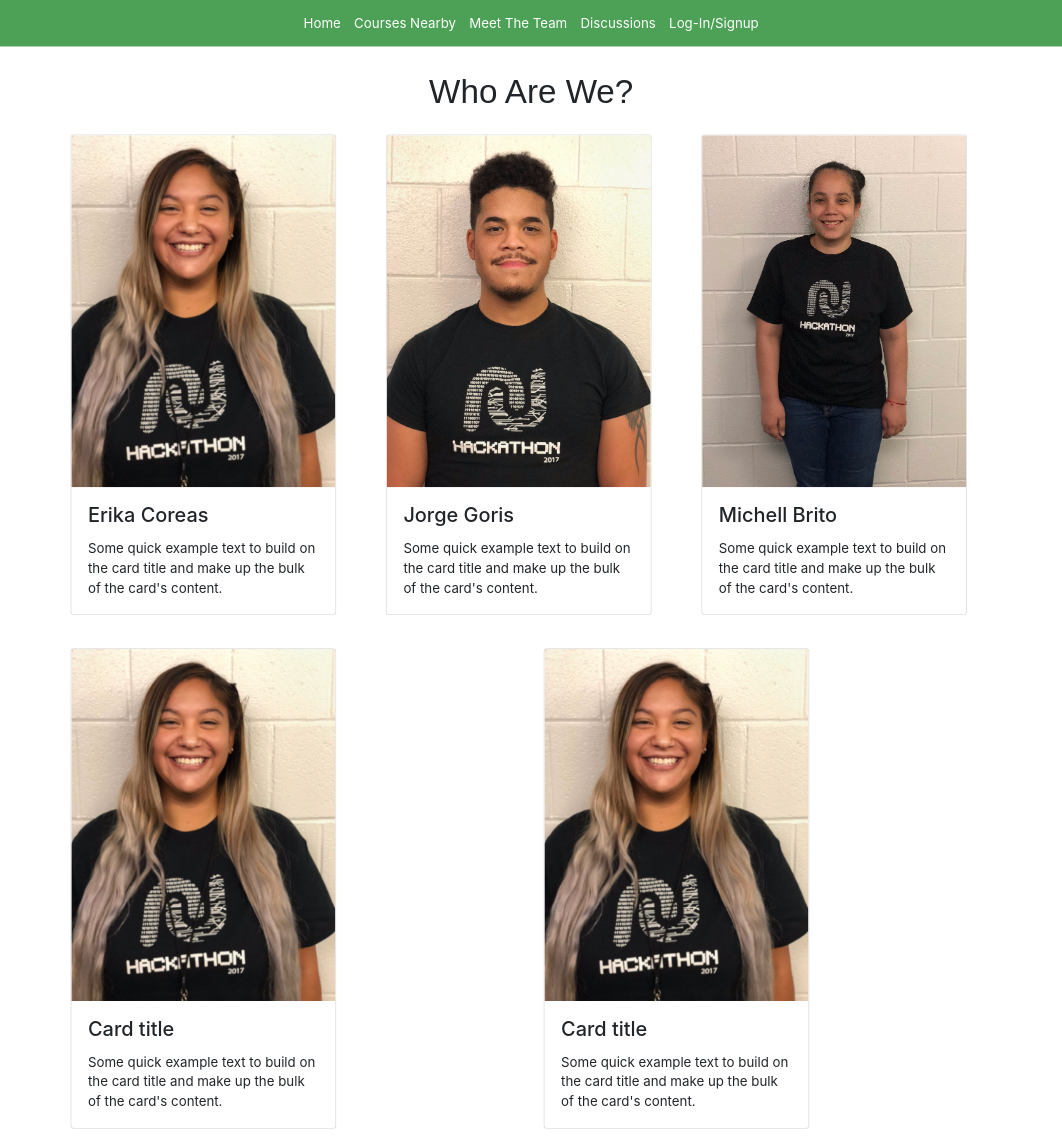
Repository: SamanthaBurnett/Hackathon2017
Page: meet_the_team.html
The author's editor kept a record of every edit. The page is drawn from the files as they stood at one moment, then again after the next edit.
The browser window is 1280 px wide. The pictures show the whole page, at 83% of full size.
Some web fonts or font styles are not loaded; a fallback is used.

Above is the page before.

### meet_the_team.html
<!DOCTYPE html>
<html>
  <head>
    <title>Meet The Team</title>
	<!--Required Meta Tags-->
	<meta charset="UTF-8">
	<meta name="viewport" content="width=device-width, initial-scale=1, shrink-to-fit=no">
	<!--Bootstrap 4-->
	<link rel="stylesheet" href="https://maxcdn.bootstrapcdn.com/bootstrap/4.0.0-beta.2/css/bootstrap.min.css" integrity="sha384-PsH8R72JQ3SOdhVi3uxftmaW6Vc51MKb0q5P2rRUpPvrszuE4W1povHYgTpBfshb" crossorigin="anonymous">
	<!--Custom Styles-->
	<link rel="stylesheet" type="text/css" href="assets/stylesheets/styles.css">
  </head>
  <body>
    <nav class="navbar navbar-expand-lg navbar-light bg-light">
        <button class="navbar-toggler" type="button" data-toggle="collapse" data-target="#navbarSupportedContent" aria-controls="navbarSupportedContent" aria-expanded="false" aria-label="Toggle navigation">
            <span class="navbar-toggler-icon"></span>
        </button>

        <div class="collapse navbar-collapse justify-content-center" id="navbarSupportedContent">
            <ul class="navbar-nav">
              <li class="nav-item">
                <a class="nav-link" href="index.html">Home</a>
              </li>
              <li class="nav-item">
                <a class="nav-link" href="coursesnearby.html">Courses Nearby</a>
              </li>
              <li class="nav-item">
                  <a class="nav-link" href="meet_the_team.html">Meet The Team</a>
              </li>
              <li class="nav-item">
                  <a class="nav-link" href="discussions.html">Discussions</a>
              </li>
              <li class="nav-item">
              <a class="nav-link" href="signin.html">Log-In/Signup</a>
              </li>
            </ul>
          </div>
     </nav>
     <div class="container meetTheTeam">
       <h1 class="text-center">Who Are We?</h1>
       <div class="row">
         <div class="col">
           <div class="card" style="width: 20rem;">
            <img class="card-img-top" src="assets/images/Erika.JPG" alt="Card image cap">
            <div class="card-body">
              <h4 class="card-title">Erika Coreas</h4>
              <p class="card-text">Some quick example text to build on the card title and make up the bulk of the card's content.</p>
            </div><!--end card-body-->
          </div><!--end card-->
         </div><!--end col-->
         <div class="col">
           <div class="card" style="width: 20rem;">
            <img class="card-img-top" src="assets/images/Jorge.JPG" alt="Card image cap">
            <div class="card-body">
              <h4 class="card-title">Jorge Goris</h4>
              <p class="card-text">Some quick example text to build on the card title and make up the bulk of the card's content.</p>
            </div><!--end card-body-->
          </div><!--end card-->
         </div><!--end col-->
         <div class="col">
           <div class="card" style="width: 20rem;">
            <img class="card-img-top" src="assets/images/Michell.JPG" alt="Card image cap">
            <div class="card-body">
              <h4 class="card-title">Michell Brito</h4>
              <p class="card-text">Some quick example text to build on the card title and make up the bulk of the card's content.</p>
            </div><!--end card-body-->
          </div><!--end card-->
         </div><!--end col-->
         <div class="col">
           <div class="card" style="width: 20rem;">
            <img class="card-img-top" src="assets/images/Erika.JPG" alt="Card image cap">
            <div class="card-body">
              <h4 class="card-title">Card title</h4>
              <p class="card-text">Some quick example text to build on the card title and make up the bulk of the card's content.</p>
            </div><!--end card-body-->
          </div><!--end card-->
         </div><!--end col-->
         <div class="col">
           <div class="card" style="width: 20rem;">
            <img class="card-img-top" src="assets/images/Erika.JPG" alt="Card image cap">
            <div class="card-body">
              <h4 class="card-title">Card title</h4>
              <p class="card-text">Some quick example text to build on the card title and make up the bulk of the card's content.</p>
            </div><!--end card-body-->
          </div><!--end card-->
         </div><!--end col-->
       </div><!--end row-->
     </div><!--end container-->



  </body>
</html>

### assets/stylesheets/styles.css
@import url('https://fonts.googleapis.com/css?family=Electrolize');


.font-headings{
  font-family: 'Electrolize', sans-serif;
  color: blue;
  text-shadow: 2px 2px #FFF;
  text-align: center;
}

/*----------------------------Navigation Styles------------------------------*/
.bg-light {
    background-color: #4CA156!important;
}

.navbar-light .navbar-nav .nav-link, .navbar-light .navbar-nav .nav-link:hover {
    color: white;
}
/*------------------------------Landing Page Styles--------------------------*/

#landing-header {
    z-index: 1;
    position: relative;
    text-align: center;
    padding-top: 40vh;
		background-size: cover;
		background-repeat: no-repeat;
	    -webkit-background-size: cover;
        -moz-background-size: cover;
        -o-background-size: cover;
}

#landing-header h1, #landing-header h2 {
    color: white;
    font-size: 45px;
    text-shadow: 0px 4px 3px rgba(0,0,0,0.4),
	         0px 8px 13px rgba(0,0,0,0.1),
			 0px 18px 23px rgba(0,0,0,0.1);
}

.landingbtn, .landingbtn:hover, landingbtn:visited, landingbtn:active {
  margin-top: 10px;
  padding: 10px 40px;
  border-radius: 5px;
  margin-bottom: 20px;
  background:
		linear-gradient(
			rgba(17, 89, 28, 0.45),
			rgba(17, 148, 138, 0.50)
		);
}

.heroSlide {
  width: 100%;
  height: 100%;
  position: absolute;
  list-style: none;
  margin: 0;
  padding: 0;
}


/*.heroSlide li { */
/*  width: 100%;*/
/*  height: 100%;*/
/*  position: absolute;*/
/*  background-size: cover;*/
/*  background-repeat: no-repeat;*/
/*  opacity: 0;*/
/*  animation: imageAnimation 20s linear infinite;*/
/*}*/

.heroSlide li:nth-child(1) {
    background:
		linear-gradient(
			rgba(17, 89, 28, 0.45),
			rgba(17, 148, 138, 0.50)
		),
  url(../images/teamimg1.jpg);
  width: 100%;
  height: 100%;
  position: absolute;
  background-size: cover;
  background-repeat: no-repeat;
  opacity: 0;
  animation: imageAnimation 20s linear infinite;

}
.heroSlide li:nth-child(2) {
    background:
		linear-gradient(
			rgba(17, 89, 28, 0.45),
			rgba(17, 148, 138, 0.50)
		),
  url(../images/teamimg2.jpg);
  width: 100%;
  height: 100%;
  position: absolute;
  background-size: cover;
  background-repeat: no-repeat;
  opacity: 0;
  animation-delay: 5s;
  animation: imageAnimation 20s linear infinite;
}
.heroSlide li:nth-child(3) {
    background:
		linear-gradient(
			rgba(17, 89, 28, 0.45),
			rgba(17, 148, 138, 0.50)
		),
  url(../images/teamimg3.jpg);
  width: 100%;
  height: 100%;
  position: absolute;
  background-size: cover;
  background-repeat: no-repeat;
  opacity: 0;
  animation-delay: 10s;
  animation: imageAnimation 20s linear infinite;
}

@keyframes imageAnimation {
  0% {
    opacity: 0;
    animation-timing-function: ease-in;
  }
  10% {
    opacity: 1;
    animation-timing-function: ease-out;
  }
  20% {
    opacity: 1
  }
  30% {
    opacity: 1
  }
}

/*---------------------Index Styles--------------------------------------*/

.maincontent h1 {
  padding-bottom: 40px;
}


.WhatCanYouDo, .contentAndTrending {
    margin-top: 100px;
    margin-bottom: 100px;
}

.WhatCanYouDo i {
    color: black;
}

/*---------------------------Content and Trending Styles----------------*/

.maincontent {
    position: relative;
}

.contentAndTrending .col {
    margin: 20px;
}






/*-------------------------Meet The Team Styles----------------------------*/

.meetTheTeam h1 {
  margin-top: 30px;
}
.card {
  margin-bottom: 20px;
  margin-top: 20px;
}










/*------------------------Discussions----------------------*/
.main-box{
  margin:10px;
  height:200px;
  display:flex;
  justify-content:center;
}

.photo-box{
  margin:10px;
  padding:5px;
  height:80px;
  width:90px;
  border:2px solid #4CA156;
  display:flex;
  justify-content: flex-start;
  align-items: center;
  background-color:#FFFFFF;
}

.photo-box i {
  color: black;
  align-items: center;
}

.text-box{
  margin:10px;
  padding:10px;
  height:150px;
  width:800px;
  background-color:#FFFFFF;
  border:2px solid #4CA156;
}

/*------------------------COURSES NEARBY----------------------*/
.center-div
{
   margin: 0 auto;
   width: 100px;
}

.text-center{
  font-family:'Electrolize', sans-serif;

}


/*----------------------------Sign In Form Styles--------------------*/

.form-row {
  padding-top: 20px;
  padding-bottom: 20px;
}

.form-control:focus {
  border: 3px solid #4CA156;
  outline: none;
  box-shadow: none;
}

.maincontent h1 {
  margin-top: 30px;
}

.maincontent h4 {
  margin-bottom: 30px;
}

/*--------------------------Footer Styles-------------------------*/
footer {
    background-color: #4CA156;
}

i {
    color: white;
    padding: 30px 15px;
}

After the next edit:
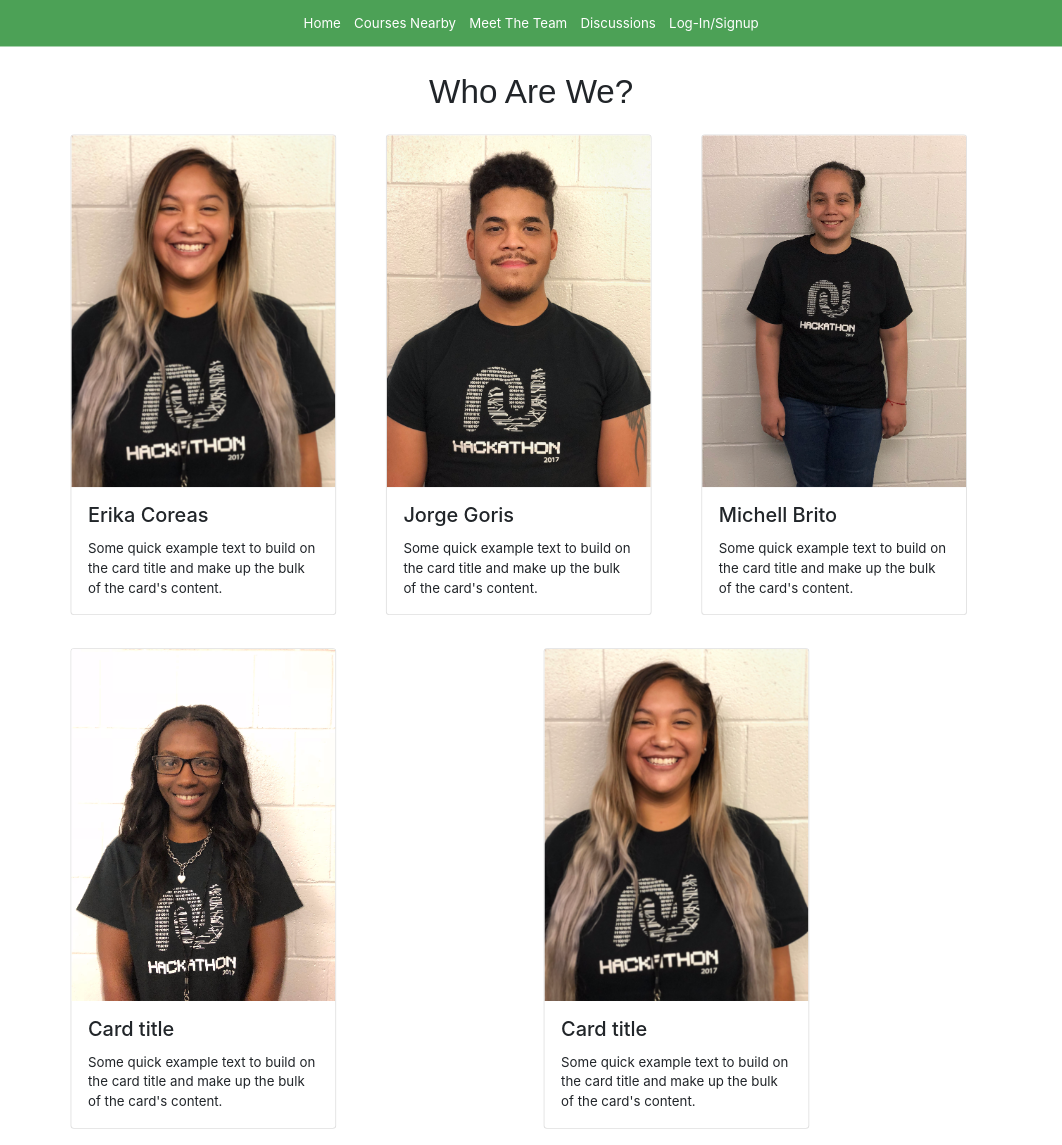
The edit:
--- a/meet_the_team.html
+++ b/meet_the_team.html
@@ -68,7 +68,7 @@
          </div><!--end col-->
          <div class="col">
            <div class="card" style="width: 20rem;">
-            <img class="card-img-top" src="assets/images/Erika.JPG" alt="Card image cap">
+            <img class="card-img-top" src="assets/images/samantha.jpg" alt="Card image cap">
             <div class="card-body">
               <h4 class="card-title">Card title</h4>
               <p class="card-text">Some quick example text to build on the card title and make up the bulk of the card's content.</p>
